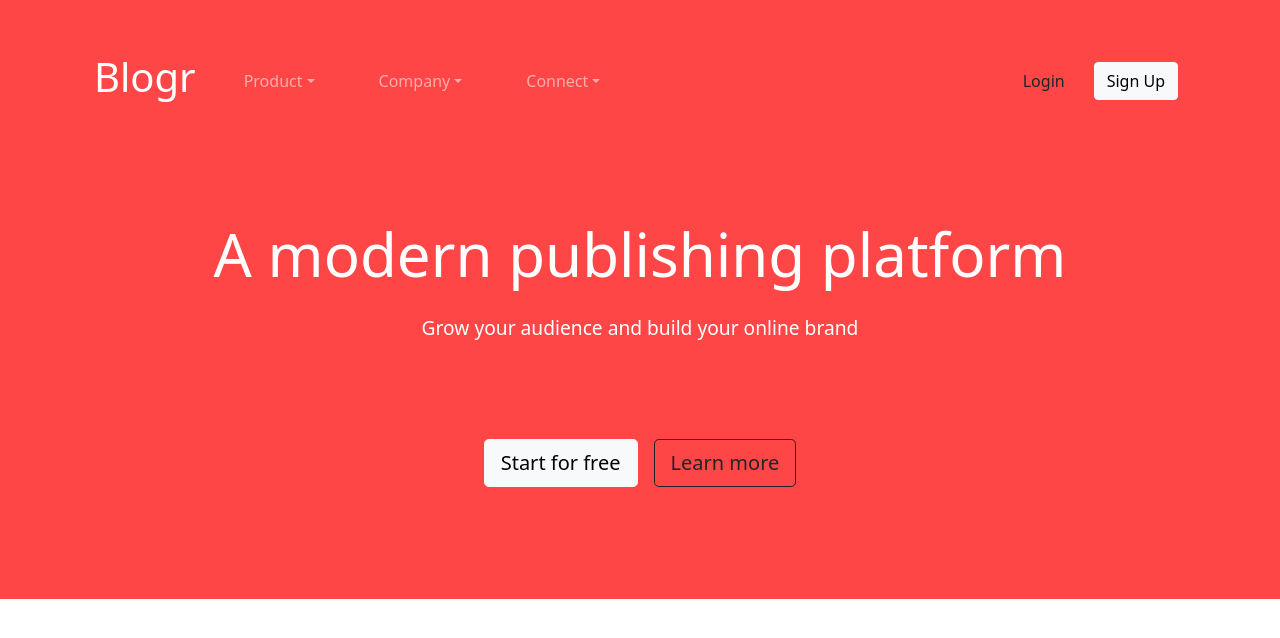
Repository: badhon252/blogr-landing-page
Page: /
The author's editor kept a copy of each file at every save. The page is drawn from the files as they stood at one save, then again after the next save.
The browser window is 1280 px wide. The pictures show the whole page.
The project was rebuilt for these pictures with package versions that can differ from the ones it lists, and the page was loaded fresh each time.

Above is the page before, as saved 2022-01-18 00:16:27.

### public/index.html
<!DOCTYPE html>
<html lang="en">

<head>
  <meta charset="utf-8" />
  <link rel="icon" href="%PUBLIC_URL%/favicon.ico" />
  <meta name="viewport" content="width=device-width, initial-scale=1" />
  <meta name="theme-color" content="#000000" />
  <meta name="description" content="Web site created using create-react-app" />
  <link rel="apple-touch-icon" href="%PUBLIC_URL%/logo192.png" />

  <link rel="manifest" href="%PUBLIC_URL%/manifest.json" />
  <!-- Bootstrap css  -->
  <link href="https://cdn.jsdelivr.net/npm/bootstrap@5.1.3/dist/css/bootstrap.min.css" rel="stylesheet"
    integrity="sha384-1BmE4kWBq78iYhFldvKuhfTAU6auU8tT94WrHftjDbrCEXSU1oBoqyl2QvZ6jIW3" crossorigin="anonymous">


  <title>Blogr</title>
</head>

<body>
  <noscript>You need to enable JavaScript to run this app.</noscript>
  <div id="root"></div>

  <!-- Bootstrap js  -->
  <script src="https://cdn.jsdelivr.net/npm/bootstrap@5.1.3/dist/js/bootstrap.bundle.min.js"
    integrity="sha384-ka7Sk0Gln4gmtz2MlQnikT1wXgYsOg+OMhuP+IlRH9sENBO0LRn5q+8nbTov4+1p"
    crossorigin="anonymous"></script>

</body>

</html>

### src/App.js
import Maincomp from "./components/MainComp";

function App() {
  return (
    <div className="App">
      <Maincomp />
    </div>
  );
}

export default App;

### src/components/MainComp.js
import React from "react";
import Header from "./Header/Header";

const Maincomp = () => {
  return (
    <div>
      <Header />
    </div>
  );
};

export default Maincomp;

### src/components/Header/Header.js
import React from "react";
import Nav from "./Nav";
import "../styles/index.css";
import HeaderContent from "./HeaderContent";

export default function Header() {
  return (
    <div className="header">
      <div className="container">
        <Nav />
        <HeaderContent />
      </div>
    </div>
  );
}

### src/components/Header/Nav.js
import React from "react";
import "../styles/index.css";
const Nav = () => {
  return (
    <div>
      <nav className="navbar navbar-expand-lg navbar-dark py-5">
        <div className="container-fluid">
          <a className="navbar-brand" href="/">
            <h1>Blogr</h1>
          </a>
          <button
            className="navbar-toggler"
            type="button"
            data-bs-toggle="collapse"
            data-bs-target="#navbarSupportedContent"
            aria-controls="navbarSupportedContent"
            aria-expanded="false"
            aria-label="Toggle navigation"
          >
            <span className="navbar-toggler-icon"></span>
          </button>
          <div className="collapse navbar-collapse" id="navbarSupportedContent">
            <ul className="navbar-nav mb-2 mb-lg-0">
              <li className="nav-item dropdown px-4">
                <a
                  className="nav-link dropdown-toggle"
                  href="/"
                  id="navbarDropdown"
                  role="button"
                  data-bs-toggle="dropdown"
                  aria-expanded="false"
                >
                  Product
                </a>
                <ul className="dropdown-menu" aria-labelledby="navbarDropdown">
                  <li>
                    <a className="dropdown-item" href="/">
                      Action
                    </a>
                  </li>
                  <li>
                    <a className="dropdown-item" href="/">
                      Another action
                    </a>
                  </li>
                  <li>
                    <hr className="dropdown-divider" />
                  </li>
                  <li>
                    <a className="dropdown-item" href="/">
                      Something else here
                    </a>
                  </li>
                </ul>
              </li>{" "}
              <li className="nav-item dropdown px-4">
                <a
                  className="nav-link dropdown-toggle"
                  href="/"
                  id="navbarDropdown"
                  role="button"
                  data-bs-toggle="dropdown"
                  aria-expanded="false"
                >
                  Company
                </a>
                <ul className="dropdown-menu" aria-labelledby="navbarDropdown">
                  <li>
                    <a className="dropdown-item" href="/">
                      Action
                    </a>
                  </li>
                  <li>
                    <a className="dropdown-item" href="/">
                      Another action
                    </a>
                  </li>
                  <li>
                    <hr className="dropdown-divider" />
                  </li>
                  <li>
                    <a className="dropdown-item" href="/">
                      Something else here
                    </a>
                  </li>
                </ul>
              </li>{" "}
              <li className="nav-item dropdown px-4">
                <a
                  className="nav-link dropdown-toggle"
                  href="/"
                  id="navbarDropdown"
                  role="button"
                  data-bs-toggle="dropdown"
                  aria-expanded="false"
                >
                  Connect
                </a>
                <ul className="dropdown-menu" aria-labelledby="navbarDropdown">
                  <li>
                    <a className="dropdown-item" href="/">
                      Action
                    </a>
                  </li>
                  <li>
                    <a className="dropdown-item" href="/">
                      Another action
                    </a>
                  </li>
                  <li>
                    <hr className="dropdown-divider" />
                  </li>
                  <li>
                    <a className="dropdown-item" href="/">
                      Something else here
                    </a>
                  </li>
                </ul>
              </li>
            </ul>
            {/* login & sign-up */}
            <ul className="navbar-nav ms-auto">
              <li className="nav-login">
                <a className="nav-link" href="/">
                  <button type="button" class="btn">
                    Login
                  </button>
                </a>
              </li>{" "}
              <li className="nav-signup">
                <a className="nav-link" href="/">
                  <button type="button" class="btn btn-light">
                    Sign Up
                  </button>
                </a>
              </li>
            </ul>
          </div>
        </div>
      </nav>
    </div>
  );
};

export default Nav;

### src/components/styles/index.css
.header {
  background-color: rgb(255, 70, 70);
  color: rgb(255, 255, 255);
  /* clip-path: circle(73.8% at 63% 38%); */
}
/* .header-nav {
  color: #fff;

} */
/* .singup,
.login {
  color: aliceblue;
} */

.header-param {
  text-align: center;
}
.header-param h1 {
  font-size: 60px;
}
.header-param p {
  font-size: 1.2rem;
}
/* .header-param .h-btn {
  -webkit-border-radius: 28;
  -moz-border-radius: 28;
  border-radius: 28px;
  font-family: Arial;
  color: #000000;
  font-size: 20px;
  background: #f5f5f5;
  padding: 10px 20px 10px 20px;
  text-decoration: none;
} */

### src/components/Header/HeaderContent.js
import React from "react";
import "../styles/index.css";
export default function HeaderContent() {
  return (
    <div>
      <div className="py-5 header-param">
        <h1 className="pt-2">A modern publishing platform</h1>
        <p className="header-p py-3 ">
          Grow your audience and build your online brand
        </p>
        {/* btn  */}
        <div className="px-5 py-5">
          <button type="button" class="btn btn-lg btn-light me-3 my-3">
            Start for free
          </button>
          <button type="button" class="btn btn-lg btn-outline-dark">
            Learn more
          </button>
        </div>
      </div>
    </div>
  );
}

Loaded but not shown: src/index.js (common file); src/reportWebVitals.js (common file)

After the next save:
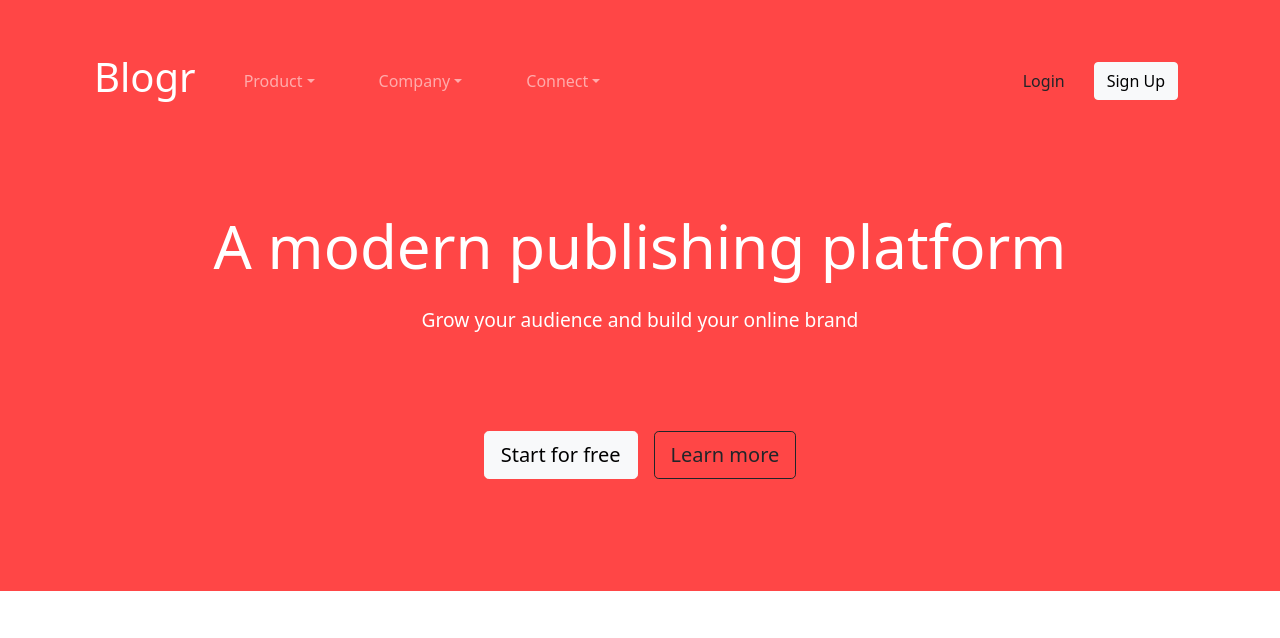
Saved 4 s later.
--- a/src/components/Header/HeaderContent.js
+++ b/src/components/Header/HeaderContent.js
@@ -4,7 +4,7 @@ export default function HeaderContent() {
   return (
     <div>
       <div className="py-5 header-param">
-        <h1 className="pt-2">A modern publishing platform</h1>
+        <h1 className="">A modern publishing platform</h1>
         <p className="header-p py-3 ">
           Grow your audience and build your online brand
         </p>
